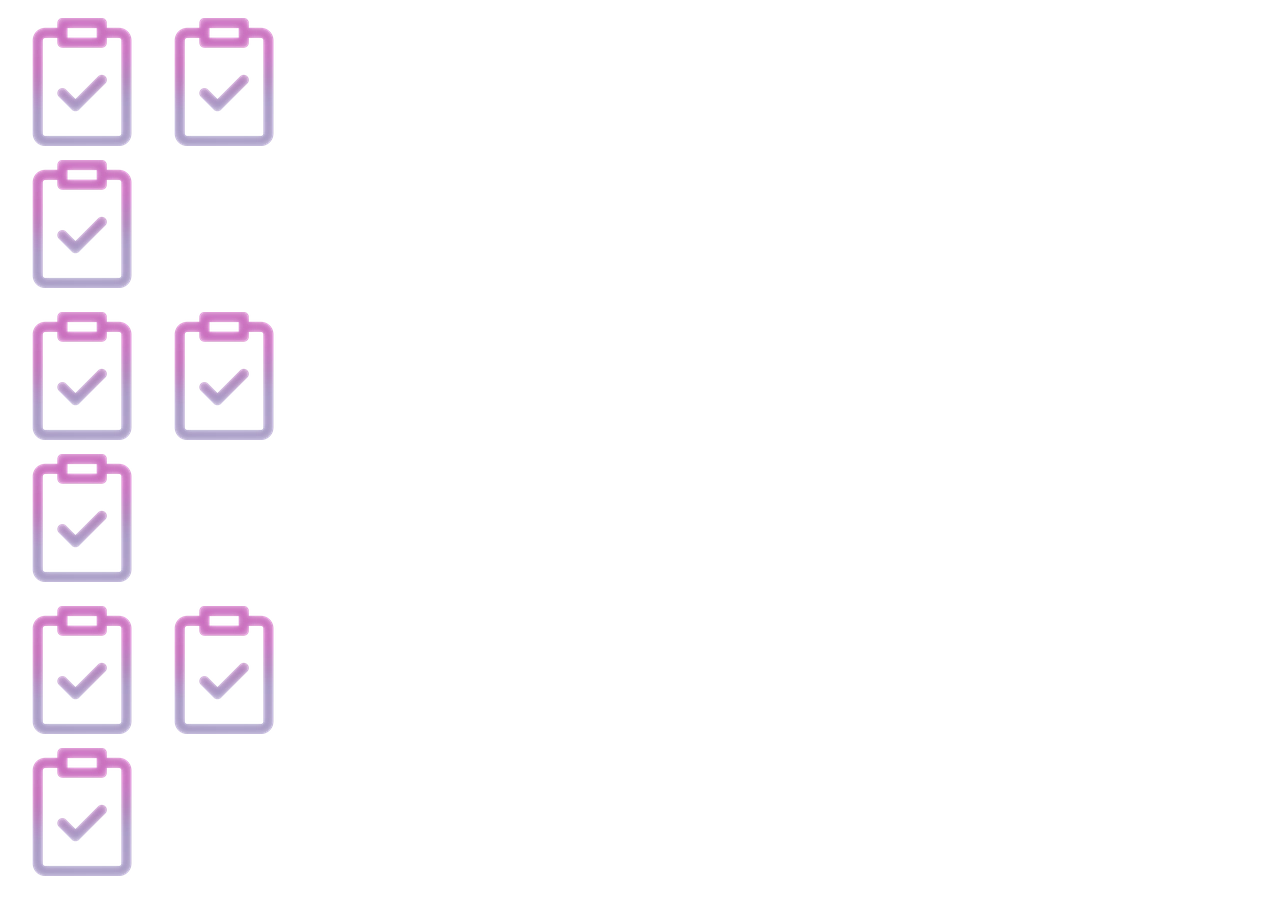
Repository: vichubenzene/-MWin_ui
Page: main.html
An editor plug-in stored every save of this project. The page is shown before and after the next save, followed by the edit.
The browser window is 1280 px wide. The pictures show the whole page.

Above is the page before, as saved 2022-10-08 21:13:16.

After the next save:
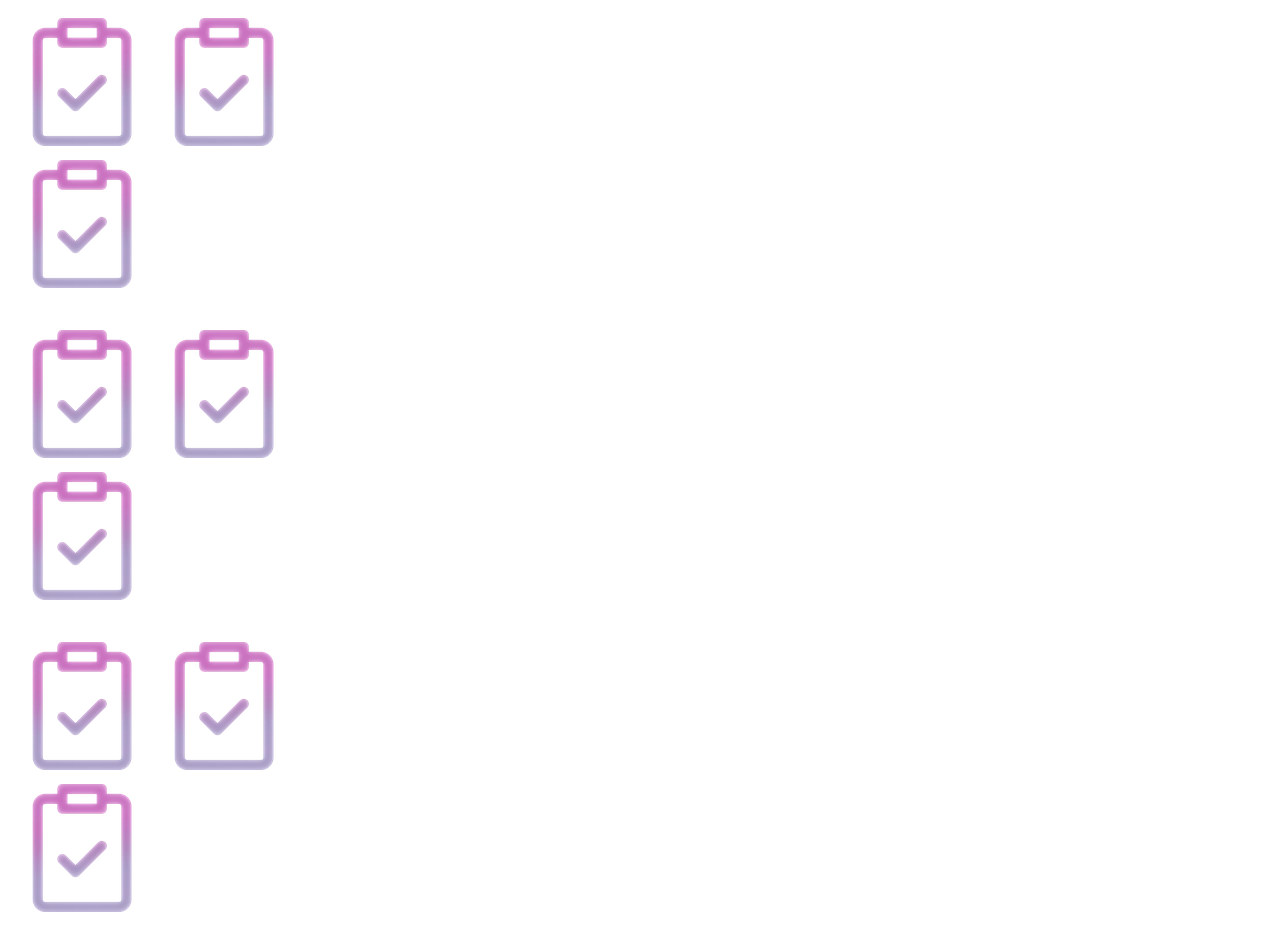
Saved 4 h 45 min later.
--- a/main.html
+++ b/main.html
@@ -19,22 +19,6 @@
             clear: both;
             display: table;
         }
-        /* #box {
-            margin: 50px;
-            width: 100px;
-            height: 100px;
-            border: 2px solid black;
-            background-image: "images/834541394987057242.png";
-        }
-
-        .cardcheckbox {
-            opacity: 0;
-        }
-
-        .cardcheckbox:hover,
-        .cardcheckbox:checked {
-            opacity: 1;
-        } */
     </style>
 </head>
 
@@ -47,6 +31,7 @@
             <img src="images/834541394987057242.png" alt="Snow" style="flex: 33.33%; padding: 5px">
         </div>
     </div>
+    <br>
     <div class="row">
         <div class="column">
             <img src="images/834541394987057242.png" alt="Snow" style="flex: 33.33%; padding: 5px">
@@ -55,6 +40,7 @@
 
         </div>
     </div>
+    <br>
     <div class="row">
         <div class="column">
             <img src="images/834541394987057242.png" alt="Snow" style="flex: 33.33%; padding: 5px">
